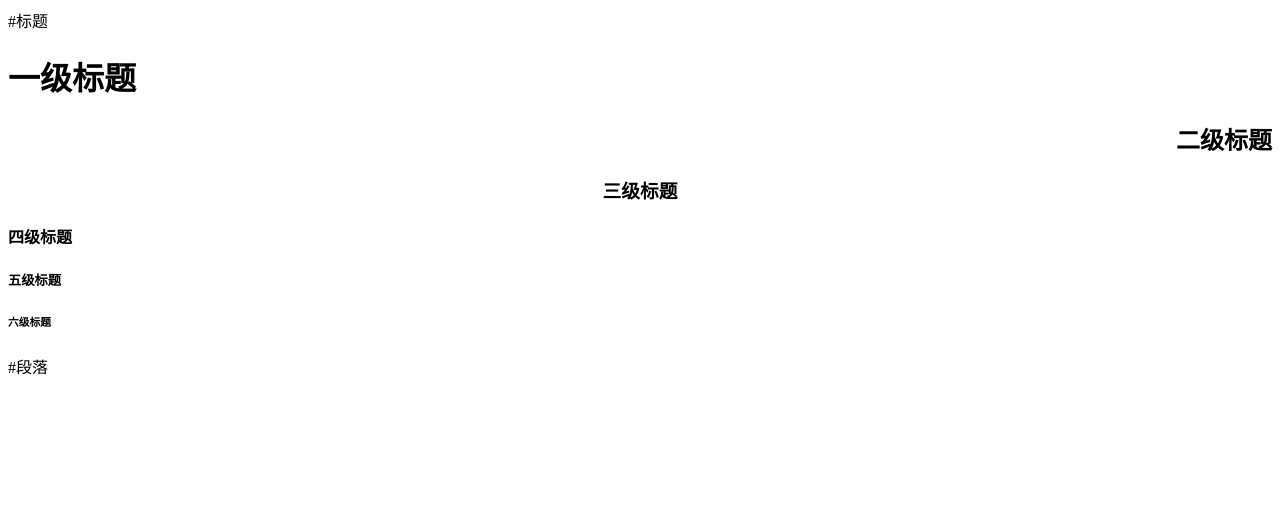
Repository: yuanliumaker/html-css-js
Page: hello.html
The author's editor kept a copy of each file at every save. The page is drawn from the files as they stood at one save, then again after the next save.
The browser window is 1280 px wide. The pictures show the whole page.

Above is the page before, as saved 2025-08-28 18:45:30.

After the next save:
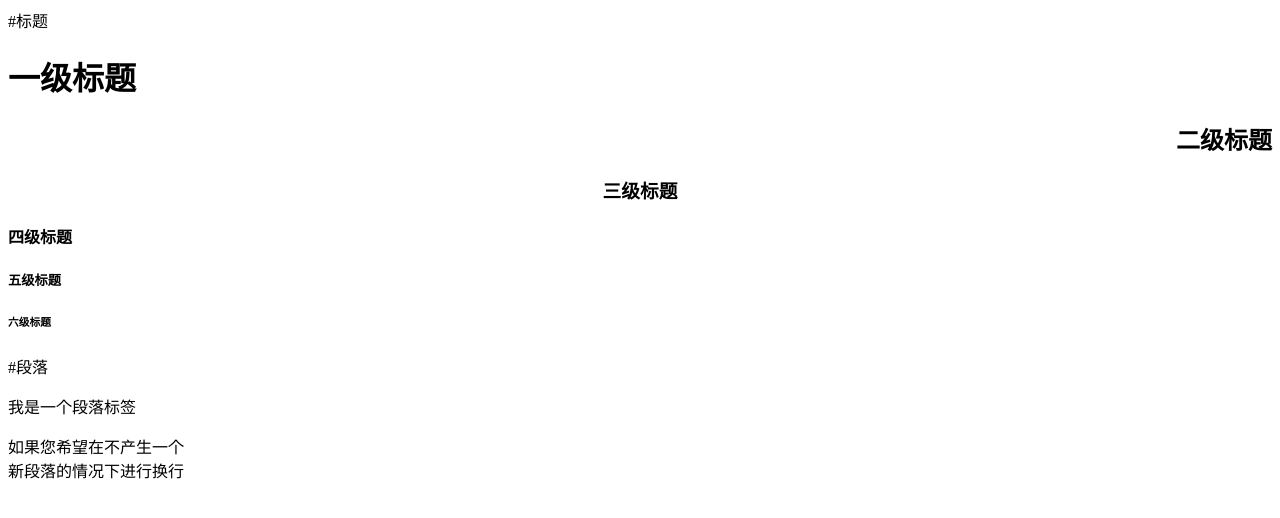
Saved 3 min 21 s later.
--- a/hello.html
+++ b/hello.html
@@ -14,5 +14,7 @@
     <h5>五级标题</h5>
     <h6>六级标题</h6>
     #段落
+    <p>我是一个段落标签</p>
+    <p>如果您希望在不产生一个<br>新段落的情况下进行换行</p>
 </body>
 </html>
